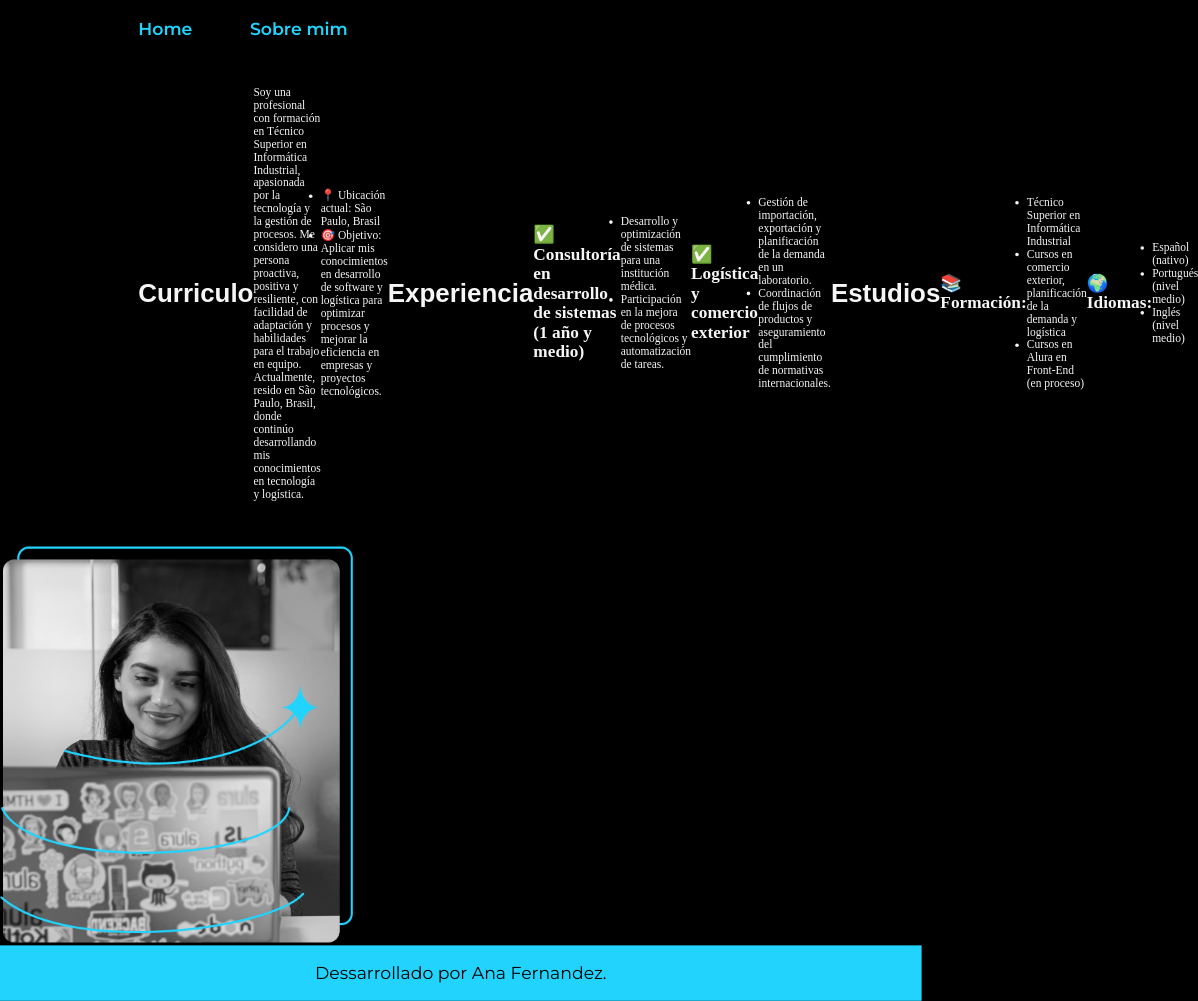
Repository: AnaFzCz/Portifolio-HTML-CSS-dinamico
Page: about.html
The author's editor kept a copy of each file at every save. The page is drawn from the files as they stood at one save, then again after the next save.
The browser window is 1280 px wide. The page is 1664 px wide, then 1280 px, so the pictures cover 1664 px, including what lies to the right of the window. The pictures show the whole page, at 72% of full size.
Some web fonts or font styles are not loaded; a fallback is used.

Above is the page before, as saved 2025-02-10 10:10:11.

After the next save:
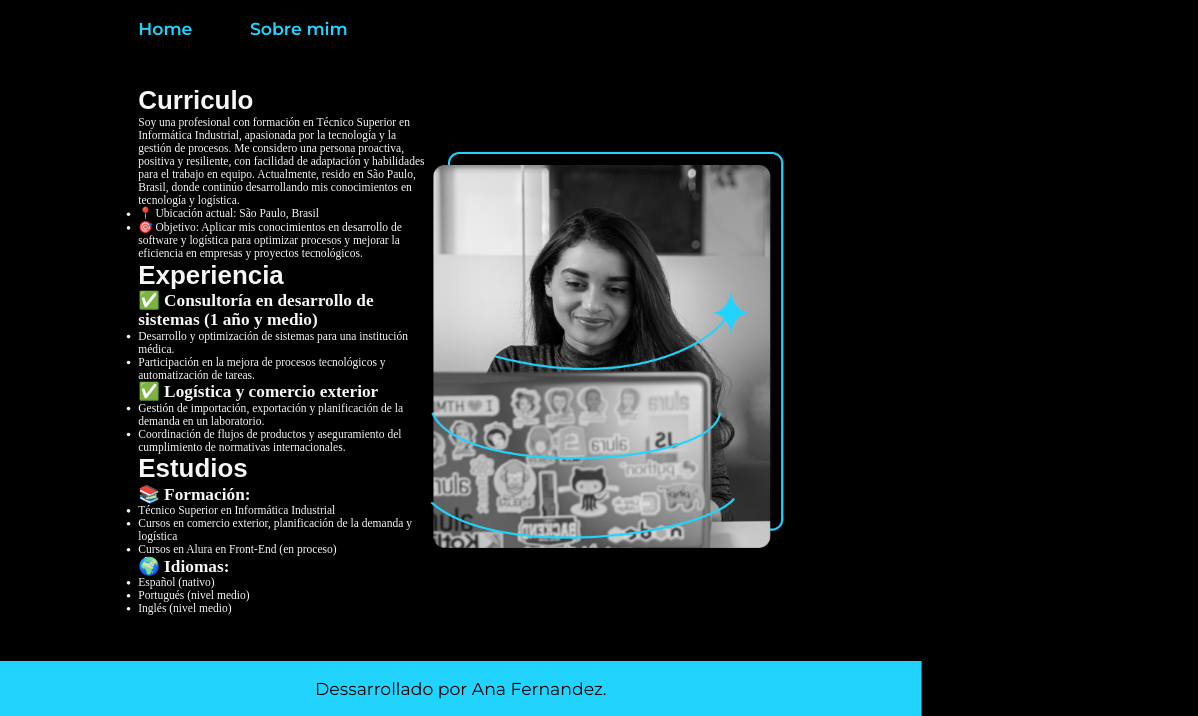
Saved 11 s later.
--- a/about.html
+++ b/about.html
@@ -16,9 +16,9 @@
             <a class="cabecalho__menu__link" href="about.html">Sobre mim</a>
         </nav>
     </header>
-    <main>
+    <main class="apresentacao">
 
-        <section class="apresentacao">
+        <section >
 
             <h1 class="apresentacao__conteudo__titulo">Curriculo</h1>
             <p>Soy una profesional con formación en Técnico Superior en Informática Industrial, apasionada por la
